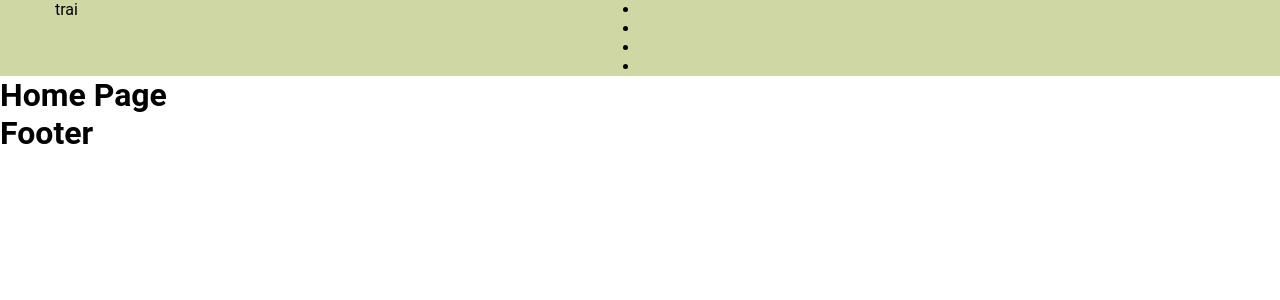
Repository: anhcanh1007/show_product
Page: /
The author's editor kept a copy of each file at every save. The page is drawn from the files as they stood at one save, then again after a run of saves.
The browser window is 1280 px wide. The pictures show the whole page.
The project was rebuilt for these pictures with package versions that can differ from the ones it lists, and the page was loaded fresh each time. Imported but missing from the stored project, and not drawn on this page: src/pages/user/profilePage.

Above is the page before, as saved 2024-01-25 13:32:54.

### src/index.js
import React from "react";
import ReactDOM from "react-dom/client";
import { BrowserRouter } from "react-router-dom";
import RouterCustom from "./router";
import "./style/style.scss";

const root = ReactDOM.createRoot(document.getElementById("root"));
root.render(
  <BrowserRouter>
    <RouterCustom />
  </BrowserRouter>
);

// If you want to start measuring performance in your app, pass a function
// to log results (for example: reportWebVitals(console.log))
// or send to an analytics endpoint. Learn more: https://bit.ly/CRA-vitals

### src/router.js
import { ROUTERS } from "./utils/router";
import HomePage from "./pages/user/homePage";
import ProfilePage from "./pages/user/profilePage";
import { Route, Routes } from "react-router-dom";
import MasterLayout from "./pages/user/theme/masterLayout";

const renderUserRouter = () => {
  const userRouters = [
    {
      path: ROUTERS.USER.HOME,
      component: <HomePage />,
    },
    {
      path: ROUTERS.USER.PROFILE,
      component: <ProfilePage />,
    },
  ];

  return (
    <MasterLayout>
      <Routes>
        {userRouters.map((item, key) => (
          <Route key={key} path={item.path} element={item.component} />
        ))}
      </Routes>
    </MasterLayout>
  );
};

const RouterCustom = () => {
  return renderUserRouter();
};

export default RouterCustom;

### src/style/style.scss
@import './pages/all';

### src/utils/router.js
export const ROUTERS = {
  USER: {
    HOME: "",
    PROFILE: "thong-tin-ca-nhan",
  },
};

### src/pages/user/homePage/index.js
import { memo } from "react";

const HomePage = () => {
  return <h1>Home Page</h1>;
};

export default memo(HomePage);

### src/pages/user/theme/masterLayout/index.js
import { memo } from "react";
import Header from "../header";
import Footer from "../footer";

const MasterLayout = ({ children, ...props }) => {
  return (
    <div {...props}>
      <Header />
      {children}
      <Footer />
    </div>
  );
};

export default memo(MasterLayout);

### src/style/pages/_all.scss
@use "sass:map";
@import './theme';

html, body {
    margin: 0;
}

* {
    font-family: Roboto;
    padding: 0;
    margin: 0;
}

.container {
    max-width: 1170px;
    width: 100%;
    padding-left: 15px;
    padding-right: 15px;
    // background: map.get($theme-colors, "main");
    margin: auto;
}

.row {
    display: flex;
    flex-wrap: wrap;
}

.col-6 {
    flex: 0 0 50%;
    max-width: 50%;
}

### src/style/pages/_theme.scss
$theme-colors : (
    "main" : #008874,
)

### src/pages/user/theme/header/index.js
import { memo } from "react";
import "./style.scss";

const Header = () => {
  return (
    <>
      <div className="header__top">
        <div className="container">
          <div className="row">
            <div className="col-6">trai</div>
            <div className="col-6 header__top_right">
              <ul>
                <li></li>
                <li></li>
                <li></li>
                <li></li>
              </ul>
            </div>
          </div>
        </div>
      </div>
    </>
  );
};

export default memo(Header);

### src/pages/user/theme/footer/index.js
import { memo } from "react";

const Footer = () => {
  return (
    <>
      <h1>Footer</h1>
    </>
  );
};

export default memo(Footer);

### src/pages/user/theme/header/style.scss
.header__top{
    background-color: #CFD7A4;
}

.header__top_right {

}

Loaded but not shown: public/index.html (common file)

After the next 3 saves:
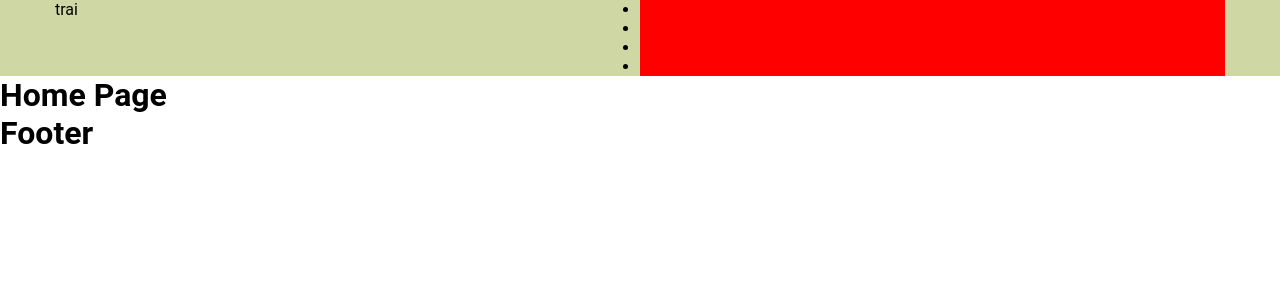
The 3 saves are shown as one change because they came seconds apart.
The last was saved 13 s later.
--- a/src/pages/user/theme/header/style.scss
+++ b/src/pages/user/theme/header/style.scss
@@ -3,5 +3,7 @@
 }
 
 .header__top_right {
+    background-color: red;
+    display: flex;
 
 }
